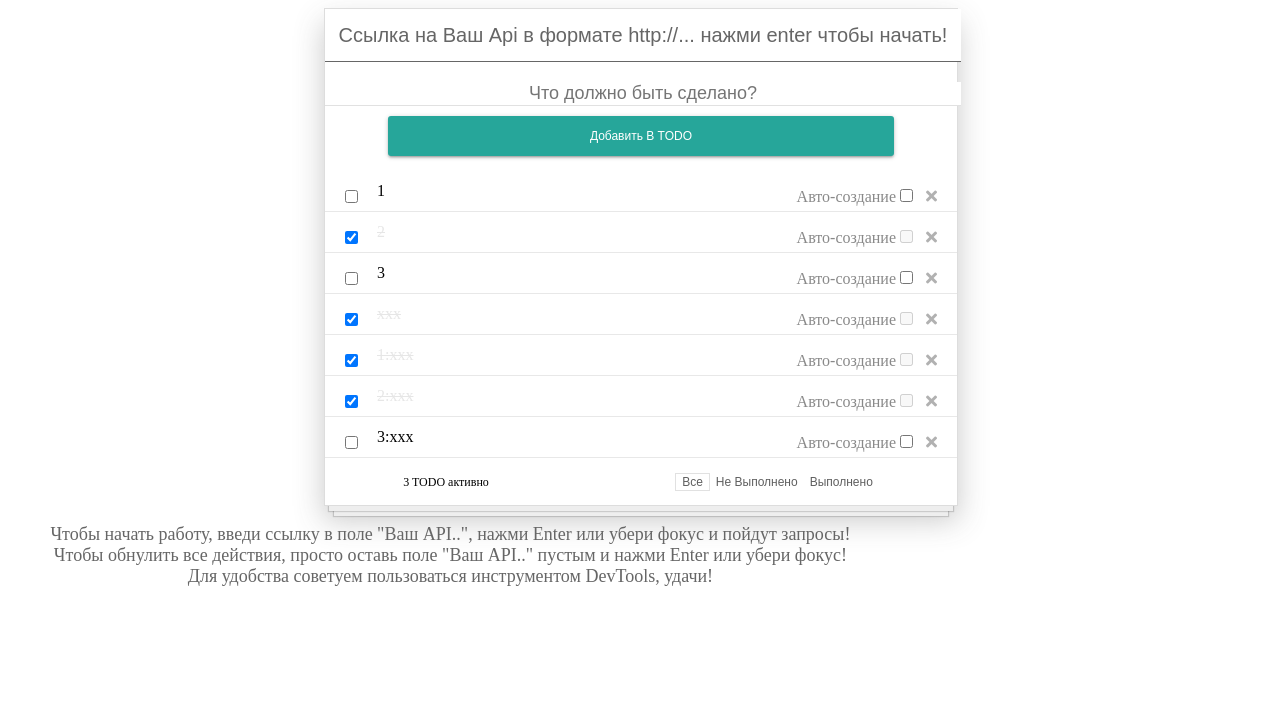
Repository: AntonBrock/taskTodo_for-backend
Page: /
An editor plug-in stored every save of this project. The page is shown before and after the next save, followed by the edit.
The browser window is 1280 px wide. The pictures show the whole page.
Some web libraries are served in a nearby version. The project was rebuilt for these pictures with package versions that can differ from the ones it lists, and the page was loaded fresh each time.

Above is the page before, as saved 2019-04-30 10:49:00.

### public/index.html
<!DOCTYPE html>
<html lang="en">
  <head>
    <meta charset="utf-8">
    <meta http-equiv="X-UA-Compatible" content="IE=edge">
    <meta name="viewport" content="width=device-width,initial-scale=1.0">
    <link rel="stylesheet" href="https://use.fontawesome.com/releases/v5.8.1/css/all.css" integrity="sha384-50oBUHEmvpQ+1lW4y57PTFmhCaXp0ML5d60M1M7uH2+nqUivzIebhndOJK28anvf" crossorigin="anonymous">
    <link rel="icon" href="<%= BASE_URL %>favicon.ico">
    <title>todolist-vue</title>
  </head>
  <body>
    <noscript>
      <strong>We're sorry but todolist-vue doesn't work properly without JavaScript enabled. Please enable it to continue.</strong>
    </noscript>
    <div id="app"></div>
    <!-- built files will be auto injected -->
  </body>
</html>

### src/main.js
import Vue from 'vue'
import store from './store/index'
import Vuex from 'vuex'
import App from './App.vue'

Vue.config.productionTip = false

Vue.use(Vuex)

new Vue({
  store,
  render: h => h(App),
}).$mount('#app')

### src/store/index.js
import Vue from 'vue'
import Vuex from 'vuex'
import urlForm from '../views/todolist/_store'

Vue.use(Vuex)

export default new Vuex.Store({
    modules: {
        urlForm
    }
})

### src/App.vue
<template lang="pug">
  #app
    Todolist
    .helpContainer
      p.helpText Чтобы начать работу, введи ссылку в поле "Ваш API..", нажми Enter или убери фокус и пойдут запросы! <br> Чтобы обнулить все действия, просто оставь поле "Ваш API.." пустым и нажми Enter или убери фокус! <br> Для удобства советуем пользоваться инструментом DevTools, удачи!
</template>

<script>
import Todolist from './views/todolist/Index.vue'

export default {
  name: 'app',
  components: {
    Todolist
  }
}
</script>

<style lang="stylus">
  .helpContainer
    text-align center
  .helpText
    width 70%
    color: #666
    font-size 18px
</style>

### src/views/todolist/_store/index.js
import state from "./state";
import * as getters from "./getters";
import * as mutations from "./mutations";
import * as actions from "./actions";

export default {
  namespaced: true,
  state,
  getters,
  mutations,
  actions
};

### src/views/todolist/Index.vue
<template lang="pug">
  .main-container(v-cloak)
    ApiForm
    div
      input.todo-input(type='text', placeholder='Что должно быть сделано?', v-model='firstTodo' @keyup.enter='newTodo')
      button.btn(v-on:click='addNewTodo') Добавить В TODO

      Todo(v-for='(todo, index) in todosFiltered', :key='todo.id', :todo="todo" :index='index')
      .extra-container
        .extra-container_numInList {{ remaining }} TODO активно
        div
          button(v-bind:class="{ active: filter == 'all' }", v-on:click=" filter = 'all'") Все
          button(v-bind:class="{ active: filter == 'active' }", v-on:click=" filter = 'active'") Не Выполнено
          button(v-bind:class="{ active: filter == 'completed' }", v-on:click=" filter = 'completed'") Выполнено
          //- button(@click='filterTodoList') Очистить завершенные
</template>

<script>
import ApiForm from "./_components/ApiForm.vue"
import Todo from "./_components/Todo.vue"
import { mapActions, mapGetters } from "vuex"
import todoApi from "./_api/todoApi.js"

export default {
  data () {
    return {
      id: 8,
      firstTodo: '',
      filter: 'all',
      error: false,
      a: ''
    }
  },
  created() {
    this.a = JSON.parse(localStorage.getItem('todos'))
    if('todos' in localStorage) {
      this.updateTodoList(this.a)
    }
  },
  mounted(){
    this.id = this.getTodos.length+1
    // Отправка при включении TODO + сразу отправка всех активных TODO
  if (this.getUrl.length > 3) {
    todoApi.getTodos('all')
      .then(response => {
        this.todos = response.data
        console.log(response);
      })
    . catch(error => {
        console.log(error);
        console.warn('Ошибка запроса при отправке всех TODO, скорее всего сервер не ответил!')
      })
    }
  },
  computed: {
    ...mapGetters({
      getTodos: 'urlForm/getTodos',
      getUrl: 'urlForm/getUrl'
    }),
    remaining() {
      return this.getTodos.filter(todo => !todo.completed).length
    },
    updateId() {
      this.id = this.getTodos.length += 1
    },
    todosFiltered() {
      if (this.filter == 'all') {
        // Отправка при выборе фильтра "Все" (Активные)
      if (this.getUrl.length > 3 ) {
          todoApi.getTodos('all')
          .then(done => {
            console.log(done)
            console.log(this.getTodos);
          })
          .catch( error => {
            console.log(error)
            console.warn('Ошибка запроса, при выборе "Все", скорее всего сервер не ответил!')
            console.log(this.getTodos);
          })
      }
        // console.log(this.getTodos);
        return this.getTodos

      } else if (this.filter == 'active') {
        return this.getTodos.filter(todo => !todo.completed)
      } else if (this.filter == 'completed') {

      if (this.getUrl.length > 3) {
          todoApi.getTodos('completed')
          .then(done => {
            console.log(done)
          })
          .catch( error => {
            console.log(error)
            console.warn('Ошибка запроса, при выборе "Выполненые", скорее всего сервер не ответил!')
          })
      }

        console.log(this.getTodos);
          return this.getTodos.filter(todo => todo.completed)
      }
    }
  },
  methods: {
    ...mapActions({
      // filterTodoList: 'urlForm/filterTodoList',
      updateTodoList: "urlForm/updateTodoList",
      pushTodoList: "urlForm/pushTodoList"
    }),
    addNewTodo() {
      let data = {
        id: this.id++,
        title: this.firstTodo,
        completed: false,
        autocreate: false,
        editing: false
      }

      if(this.firstTodo.trim().length == 0) {
        return
      }
      // отправка при добавлении нового TODO
      if (this.getUrl.length > 3) {
        todoApi.postTodo(data.title, data.completed, data.autocreate)
        .then(() => {
          console.log('ok');
          localStorage.setItem('todos', JSON.stringify(this.getTodos))
        })
        .catch(error => {
          console.warn('Ошибка запроса при добавлении нового TODO, скорее всего сервер не ответил!')
          localStorage.setItem('todos', JSON.stringify(this.getTodos)) //нужно ли добавлять в lS что-то если работает с APi?
        })
      }
      // this.getTodos.push(data)
      this.pushTodoList(data)
      localStorage.setItem('todos', JSON.stringify(this.getTodos))
      this.firstTodo = ''
    },
    // добавление по enter
    newTodo() {
      let data = {
        id: this.id++,
        title: this.firstTodo,
        completed: false,
        autocreate: false,
        editing: false
      }
      if(this.firstTodo.trim().length == 0) {
        return
      }
      // отправка при добавлении нового TODO
      if (this.getUrl.length > 3) {
        todoApi.postTodo(data)
        .then(() => {
          console.log('ok');
          // this.getTodos.push(data)
          localStorage.setItem('todos', JSON.stringify(this.getTodos))
        })
        .catch(error => {
          console.warn('Ошибка запроса при добавлении нового TODO, скорее всего сервер не ответил!')
          localStorage.setItem('todos', JSON.stringify(this.getTodos))
        })
      }

      localStorage.setItem('todos', JSON.stringify(this.getTodos))
      this.getTodos.push(data) // добавили в todo ( но запросы не должны идти)
      this.firstTodo = ''
      this.idForTodo++
    },
  },
  components: {
    ApiForm,
    Todo
  }
}

</script>

<style lang="stylus">
  [v-cloak]
    display none

  .main-container
    border 1px solid #DDDDDD
    width 50%
    margin-left 25%
    box-shadow 0 10px 0 -5px #eee,
               0 10px 1px -4px rgba(0,0,0,0.15),
               0 20px 0 -10px rgb(238, 238, 238),
               0 20px 1px -9px rgba(0,0,0,0.15),
               0 14px 28px rgba(75, 75, 75, 0.30)

  .extra-container
    display flex
    align-items center
    justify-content space-around
    font-size 12px
    padding-top 5px
    margin-bottom 14px

  .extra-container_numInList
    margin-right 30px
    font-size 12px

  button
    font-size 12px
    background-color white
    appearance none
    border none
    outline none
    color rgb(95, 95, 95)
    &:hover
      background rgba(211, 211, 211, 0.363)
    &:focus
      outline none

  .active
    background #fff
    border 1px solid #E1E1E1

  .remove-item
    margin-right 20px

  .remove
    margin-left: 10px
    opacity .3
    transition all 0.2s ease-in-out !important
    &:hover
      opacity .9
      color#E11010
      transition all 0.2s ease-in-out !important

  .auto_created
    font-size 1rem
    color rgba(102, 102, 102, 0.767)

  .btn
    border-radius 3px
    margin-bottom 25px
    width 80%
    margin-left 10%
    height 40px
    color #fff
    background-color #26a69a
    text-align center
    letter-spacing .5px
      -webkit-transition background-color .2s ease-out
    transition background-color .2s ease-out
    cursor pointer
    box-shadow 0 2px 2px 0 rgba(0,0,0,.14),
               0 3px 1px -2px rgba(0,0,0,.12),
               0 1px 5px 0 rgba(0,0,0,.2)
    &:hover
      background-color #46b6abe3!important
</style>

### src/views/todolist/_store/state.js
export default {
    url: '',
    todos: [
      {
        'id': 1,
        'title': 1,
        'completed': false,
        'autocreate': false,
      },
      {
        'id': 2,
        'title': 2,
        'completed': true,
        'autocreate': false,
      },
      {
        'id': 3,
        'title': 3,
        'completed': false,
        'autocreate': false,
      },
      {
        'id': 4,
        'title': 'xxx',
        'completed': true,
        'autocreate': false,
      },
      {
        'id': 5,
        'title': '1:xxx',
        'completed': true,
        'autocreate': false,
      },
      {
        'id': 6,
        'title': '2:xxx',
        'completed': true,
        'autocreate': false,
      },
      {
        'id': 7,
        'title': '3:xxx',
        'completed': false,
        'autocreate': false,
      },
    ],
    todosStatic: [
    {
      'id': 1,
      'title': 1,
      'completed': false,
      'autocreate': false,
    },
    {
      'id': 2,
      'title': 2,
      'completed': true,
      'autocreate': false,
    },
    {
      'id': 3,
      'title': 3,
      'completed': false,
      'autocreate': false,
    },
    {
      'id': 4,
      'title': 'xxx',
      'completed': true,
      'autocreate': false,
    },
    {
      'id': 5,
      'title': '1:xxx',
      'completed': true,
      'autocreate': false,
    },
    {
      'id': 6,
      'title': '2:xxx',
      'completed': true,
      'autocreate': false,
    },
    {
      'id': 7,
      'title': '3:xxx',
      'completed': false,
      'autocreate': false,
    },
  ]
}

### src/views/todolist/_store/getters.js
export const getUrl= state => state.url;
export const getTodos = state => state.todos;
export const getStaticTodos = state => state.todosStatic;

### src/views/todolist/_store/mutations.js
export const UPDATE_URL = state => state.url;
export const UPDATE_TODOS = state => state.todos;
export const CHANGE_TODOS = state => state.todos;

### src/views/todolist/_store/actions.js
export function updateUrl ({ commit, state }, payload) {
    state.url = payload
    commit("UPDATE_URL");
}

export function updateTodo ({ commit }, payload) {
    payload.completed = !payload.completed
    commit("UPDATE_TODOS");
}

export function updateTodoList ({ commit, state }, payload) {
    state.todos = payload
    localStorage.setItem('todos', JSON.stringify(state.todos))
    commit("UPDATE_TODOS");
}

export function pushTodoList ({ commit, state }, payload) {
    state.todos.push(payload)
    localStorage.setItem('todos', JSON.stringify(state.todos))
    commit("UPDATE_TODOS");
}

export function filterTodoList ({ commit, state }) {
    state.todos = state.todos.filter(todo => !todo.completed)
    localStorage.setItem('todos', JSON.stringify(state.todos))
    commit("UPDATE_TODOS");
}

### src/views/todolist/_components/ApiForm.vue
<template lang="pug">
  .form(v-cloak='')
    input.inputForUrl(v-model='url',
                      type='text',
                      @blur='updateTodos(url)',
                      @keyup.enter='updateTodos_enter(url)'
                      placeholder="Ссылка на Ваш Api в формате http://... нажми enter чтобы начать!"
                      :url = "url")
</template>

<script>
import { mapActions, mapGetters } from "vuex";
import todoApi from "../_api/todoApi.js";
import { setTimeout, setInterval, clearInterval } from 'timers';

export default {
  data() {
    return {
      url: "",
      filter: 'all',
      a: '',
      setTime:''
    }
  },

  //осталась одна логика. Если при перезагрузки в API пусто, то нужно вернут статику - а не пустой todo,
  // но если в дэмо режиме, то обновление должно выдавать список наш
  created(){
  this.a = JSON.parse(localStorage.getItem('todos'))

  },
  computed: {
    ...mapGetters({
      getUrl: "urlForm/getUrl",
      getTodos: 'urlForm/getTodos',
      getStaticTodos: 'urlForm/getStaticTodos'
    })
  },
  methods: {
    ...mapActions({
      updateUrl: "urlForm/updateUrl",
      updateTodoList: "urlForm/updateTodoList"
    }),
    updateTodos(url) {
    //получение всех todo при обновлении url ссылки
    this.updateUrl(url)
    if(this.url.length > 3 ){
        this.updateTodoList([])
        this.updateTodos_enter(url)
        // todoApi.getTodos(this.filter)
        // .then(response => {
        //   this.updateTodoList(response.data)
        //   console.log(response);
        // })
        // .catch(error => {
        //   console.log(error)
        //   console.warn('Ошибка запроса при отправки всех TODO, скорее всего сервер не ответил')
        // });
    // console.warn('Был установлен ваш Url')
    }

    if(this.url.length <= 3 ) {
        this.updateTodoList(this.getStaticTodos)
        this.id = 8
        clearInterval(this.setTime)
        console.warn('Сcылка должна быть от 4х символов и нажмите enter, чтобы начать!')
    }
  },
    updateTodos_enter(url) {
    //получение всех todo при обновлении url ссылки(по enter)
    this.updateUrl(url)
    if(this.url.length > 3 ){

      this.updateTodoList([])
      this.setTime = setInterval(() => {
        todoApi.getTodos(this.filter)
        .then(response => {
          this.updateTodoList(response.data)
          console.log(response);
        })
        .catch(error => {
          console.log(error)
          console.warn('Ошибка запроса при отправки всех TODO, скорее всего сервер не ответил')
        })
      }, 5000)
    console.warn('Был установлен ваш Url')
    }

    if(this.url.length <= 3 ) {
        this.updateTodoList(this.getStaticTodos)
        this.id = 8
        clearInterval(this.setTime)
        console.warn('Сcылка должна быть от 4х символов и нажмите enter, чтобы начать!')
    }
  }
  }
};

</script>

<style lang="stylus">
.inputForUrl
  border-bottom 1px solid #666!important
  margin-bottom 20px
  text-align center
  border none
  width 100%
  height 50px
  font-size 20px
  &::placeholder
    color #666
    font-size 20px
    opacity 1
    transition: 0.2s ease-in-out !important;
		will-change: transform, opacity;

  &:focus::placeholder{
    opacity 0
    transition: 0.2s ease-in-out !important;
		will-change: transform, opacity;
  }
</style>

### src/views/todolist/_components/Todo.vue
<template lang="pug">
  .todo-item
    .todo-item-left
      input.todoInput(type='checkbox',  @click='completeTodo(todo)', :checked='todo.completed')
      div.todo-item-label(v-if='!todo.editing',  v-on:dblclick="changeTodo(todo)" v-bind:class='{ completed : todo.completed }') {{ todo.title }}
      input.todo-item-edit(v-else type="text" v-model="todo.title" @blur="doneEdit(todo)" @keyup.enter="doneEdit(todo)" @keyup.esc="cancelEdit(todo)")
    .remove-item
      label.auto_created Авто-создание
      input(type='checkbox', :disabled="todo.completed", :checked="todo.autocreate" @click='checkIt(todo)')
      i.fas.fa-times.remove(@click='removeItem(index)')
</template>

<script>
import todoApi from "../_api/todoApi.js";
import { mapActions, mapGetters } from "vuex";
import { setInterval, clearInterval } from "timers";

export default {
  data() {
    return {
      beforeEditCache: ''
    };
  },
  props: ["todo", "index", "url"],
  created() {
    localStorage.setItem("todos", JSON.stringify(this.getTodos));
  },
  computed: {
    ...mapGetters({
      getTodos: "urlForm/getTodos",
      getUrl: "urlForm/getUrl"
    })
  },
  methods: {
    ...mapActions({
      updateTodo: "urlForm/updateTodo",
      changeTodo: "urlForm/changeTodo"
    }),
    completeTodo(todo) {
      // Отправка при выборе фильтра "Выполнено"
      if (this.getUrl.length > 3) {
        todoApi
          .editTodo(todo.id)
          .then(() => {
            console.info("Удачно");
          })
          .catch(() => {
            console.warn("Ошибка запроса при зачеркивание TODO, скорее всего сервер не ответил!");
          });
      }

      this.updateTodo(todo);
      localStorage.setItem("todos", JSON.stringify(this.getTodos));
    },
    checkIt(todo) {
      todo.autocreate = !todo.autocreate;

      if (this.getUrl.length > 3) {
        todoApi
          .editTodo(this.todo.id)
          .then(() => {
            console.info("Удачно");
          })
          .catch(() => {
            console.log(this.getTodos);
            console.warn("Ошибка запроса при выборе 'Авто-создание', скорее всего сервер не ответил");
          });
      }
      localStorage.setItem("todos", JSON.stringify(this.getTodos));
    },
    removeItem(index) {
      // отправка удаленного id - todo
      if (this.getUrl.length > 3) {
        todoApi
          .deleteTodo(index)
          .then(() => {
            console.info("Удачно");
          })
          .catch(error => {
            console.warn(error);
            console.warn('Ошибка запроса при удалении TODO, скорее всего сервер не ответил!')
          });
      }
      this.getTodos.splice(index, 1);
      localStorage.setItem("todos", JSON.stringify(this.getTodos));
    },

    // тут редактирование TODO + сохранение в TODO
    changeTodo(todo){
      if(this.todo.completed){
        return
      }

      this.beforeEditCache = todo.title
      todo.editing = true;
      localStorage.setItem("todos", JSON.stringify(this.getTodos));

    },
    doneEdit(todo) {
      if(todo.title.trim() == '') {
        todo.title = this.beforeEditCache
       this.changeTodo(todo);
      }
      todo.editing = false;
      localStorage.setItem("todos", JSON.stringify(this.getTodos));

      if (this.getUrl.length > 3) {
        //тут запрос, на сколько верен не знаю. Он взят с авто-создания, сомнения, что отправляет autocreate, хотя такой же patch
      todoApi
        .editTodo(this.todo.id)
        .then(() => {
          console.info("Удачно");
        })
        .catch(() => {
          console.log(this.getTodos);
          console.warn("Ошибка запроса при изменении 'Названия TODO' , скорее всего сервер не ответил");
        });
      }
    },
    cancelEdit(todo) {
      todo.title = this.beforeEditCache
      todo.editing = false;
      this.changeTodo(todo);
    },
  }
};
</script>

<style lang="stylus">
.todo-input {
  width: 100%;
  border: none;
  margin-bottom: 10px;
  border-bottom: 1px solid rgba(102, 102, 102, 0.192);
  font-size: 18px;
  transition: 0.2s ease-in-out !important;
  text-align: center;
  outline: none;

  &:placeholder {
    color: rgba(145, 145, 145, 0.795);
    opacity: 1;
    transition: 0.2s ease-in-out !important;
  }

  will-change: transform, opacity;

  &:focus::placeholder {
    opacity: 0;
    transition: 0.2s ease-in-out !important;
  }

  will-change: transform, opacity;

  &:focus-webkit-input-placeholder {
    opacity: 0;
    transition: 0.2s ease-in-out !important;
    will-change: transform, opacity;
  }

  &:-webkit-input-placeholder {
    transition: 0.2s ease-in-out !important;
    will-change: transform, opacity;
  }

  &:-moz-placeholder {
    transition: all 0.2s ease-in-out !important;
    will-change: opacity;
    /* Firefox 19+ */
  }

  &:-moz-placeholder {
    transition: all 0.2s ease-in-out !important;
    will-change: transform, opacity;
    /* Firefox 18- */
  }

  &:-ms-input-placeholder {
    transition: all 0.2s ease-in-out !important;
    will-change: transform, opacity;
  }
}

.todo-item {
  width: 100%;
  margin-bottom: 10px;
  display: flex;
  justify-content: space-between;
  align-items: center;
  border-bottom: 1px solid rgba(226, 226, 226, 0.767);
}

.todoInput {
  margin-left: 20px;
}

.todo-item-label {
  margin-bottom: 10px;
}

.todo-item-left {
  display: flex;
  align-items: center;
}

.todo-item-label {
  padding: 0px;
  border: 1px solid white;
  margin-left: 15px;
}

.todo-item-edit {
  width: 50%;
  border: 1px solid rgba(102, 102, 102, 0.192);
  font-size: 18px;
  padding: 10px 18px;
  margin-bottom: 20px;
  transition: 0.2s ease-in-out !important;

  &:focus {
    outline: none;
  }

  &:focus-webkit-input-placeholder {
    opacity: 0;
    transition: 0.2s ease-in-out !important;
    will-change: transform, opacity;
  }

  &:-webkit-input-placeholder {
    transition: 0.2s ease-in-out !important;
    will-change: transform, opacity;
  }

  &:-moz-placeholder {
    transition: all 0.2s ease-in-out !important;
    will-change: transform, opacity;
    /* Firefox 19+ */
  }

  &:-moz-placeholder {
    transition: all 0.2s ease-in-out !important;
    will-change: transform, opacity;
    /* Firefox 18- */
  }

  &:-ms-input-placeholder {
    transition: all 0.2s ease-in-out !important;
    will-change: transform, opacity;
  }
}

.completed {
  text-decoration: line-through;
  color: #E1E1E1;
  opacity: 0.8;
}
</style>

### src/views/todolist/_api/todoApi.js
// import Api from '@/api/Api'
import axios from 'axios'
import state from '../_store/state'

const todoApi = {
  getTodos (filter) {
    return axios.get(`${state.url}/todos`, {
      // возвращает отфильтрованный или неотфильтрованный список
      type: filter
    })
  },
  postTodo (title, completed, autocreate) {
    return axios.post(`${state.url}/todos`, {
      title: title,
      completed: completed,
      autocreate: autocreate
    })
  },
  editTodo (id) {
    return axios.patch(`${state.url}/todos/${id}`)
  },
  deleteTodo (id) {
    return axios.delete(`${state.url}/todos/${id}`)
  }
}
export default todoApi

After the next save:
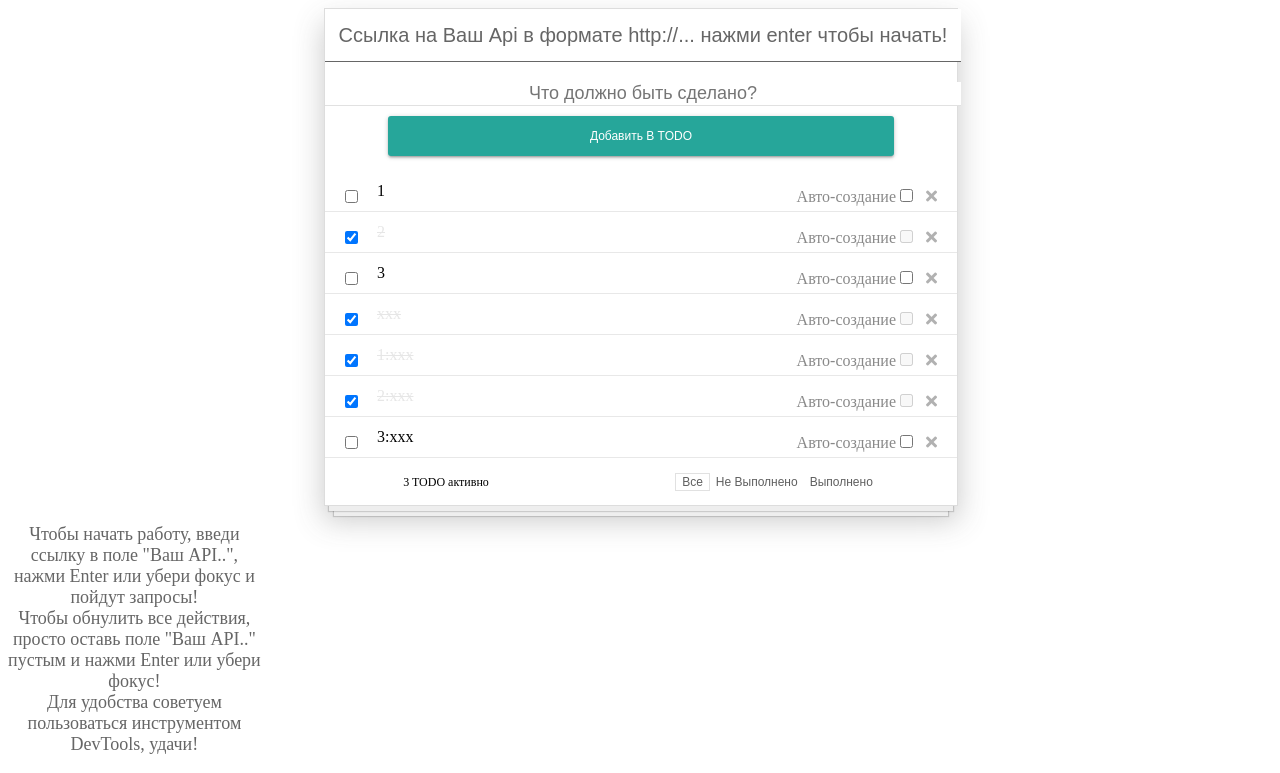
Saved 8 s later.
--- a/src/App.vue
+++ b/src/App.vue
@@ -20,7 +20,7 @@ export default {
   .helpContainer
     text-align center
   .helpText
-    width 70%
+    width 20%
     color: #666
     font-size 18px
 </style>
